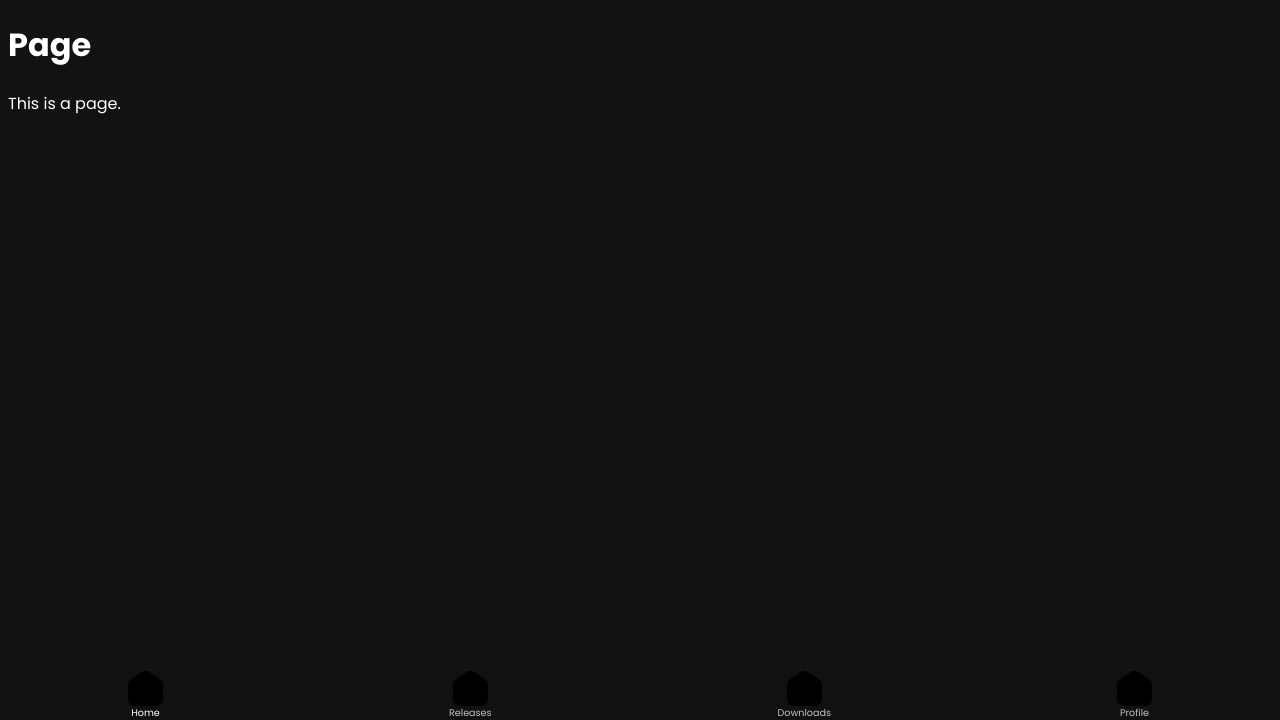
Repository: NubbDev/anime-frontend
Page: /
These files come from the project's save history. The page is drawn as it stood at one moment and after the next save; the edit follows.
The browser window is 1280 px wide. The pictures show the whole page.
The project was rebuilt for these pictures with package versions that can differ from the ones it lists, and the page was loaded fresh each time. The framework's server and built-in components were replaced by stand-ins that run in the browser. Also part of the build but not shown: svelte.config.js, vite.config.js.

Above is the page before, as saved 2024-08-08 01:34:15.

After the next save:
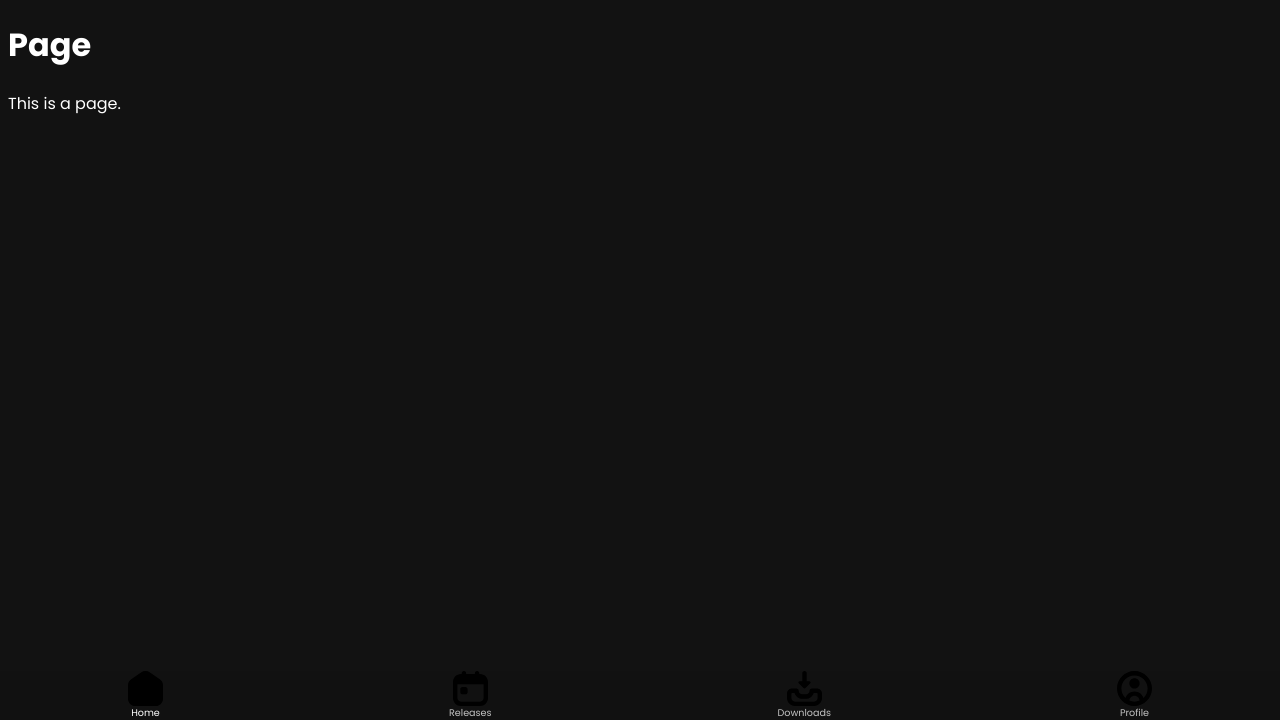
Saved 5 min 16 s later.
--- a/src/components/navigation/NavBar.svelte
+++ b/src/components/navigation/NavBar.svelte
@@ -1,32 +1,39 @@
 <script lang="ts">
     import FilledHouse from '$lib/assets/icons/house-blank-filled.svg';
+    import LinedHouse from '$lib/assets/icons/house-blank.svg';
+    import FilledCalendar from '$lib/assets/icons/calendar-solid.svg';
+    import LinedCalendar from '$lib/assets/icons/calendar-thin.svg';
+    import FilledDownload from '$lib/assets/icons/inbox-in-filled.svg';
+    import LinedDownload from '$lib/assets/icons/inbox-in.svg';
+    import FilledProfile from '$lib/assets/icons/circle-user-filled.svg';
+    import LineProfile from '$lib/assets/icons/circle-user.svg';
   import { onMount } from 'svelte';
     // assets/icons/house-blank.svg
     const navOptions: { name: string, href: string, selected: string, unSelected: string }[] = [
         {
             name: 'Home',
             href: '/',
-            selected: 'house-blank-filled',
-            unSelected: 'house-blank'
+            selected: FilledHouse,
+            unSelected: LinedHouse
         },
         {
             name: 'Releases',
             href: '/releases',
-            selected: 'calendar-solid',
-            unSelected: 'calendar-thin'
+            selected: FilledCalendar,
+            unSelected: LinedCalendar
 
         },
         {
             name: 'Downloads',
             href: '/downloads',
-            selected: 'inbox-in-filled',
-            unSelected: 'inbox-in'
+            selected: FilledDownload,
+            unSelected: LinedDownload
         },
         {
             name: 'Profile',
             href: '/profile',
-            selected: 'circle-user-filled',
-            unSelected: 'circle-user'
+            selected: FilledProfile,
+            unSelected: LineProfile
         }
     ]
 
@@ -42,10 +49,10 @@
     {#each navOptions as option}
         <a href={option.href}>
             {#if path === option.href}
-                <img src={FilledHouse} alt={option.name} style="fill: white;">
+                <img src={option.selected} alt={option.name} style="fill: white;">
                 <span>{option.name}</span>
             {:else}
-                <img src={FilledHouse} alt={option.name} >
+                <img src={option.unSelected} alt={option.name} >
                 <span style="color: var(--icon-unselected);">{option.name}</span>
             {/if}
         </a>
